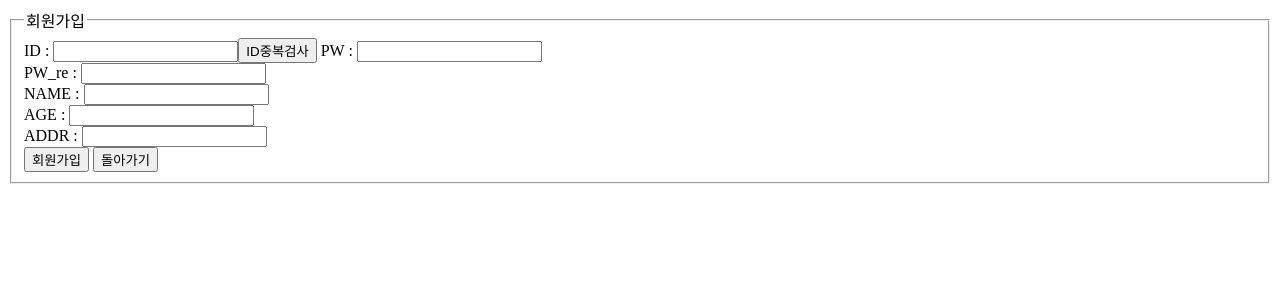
Repository: minimelody/servlet
Page: webworkspace2/web1/WebContent/views/member/joinus.html
These files come from the project's save history. The page is drawn as it stood at one moment and after the next save; the edit follows.
The browser window is 1280 px wide. The pictures show the whole page.

Above is the page before, as saved 2018-05-23 02:19:10.

After the next save:
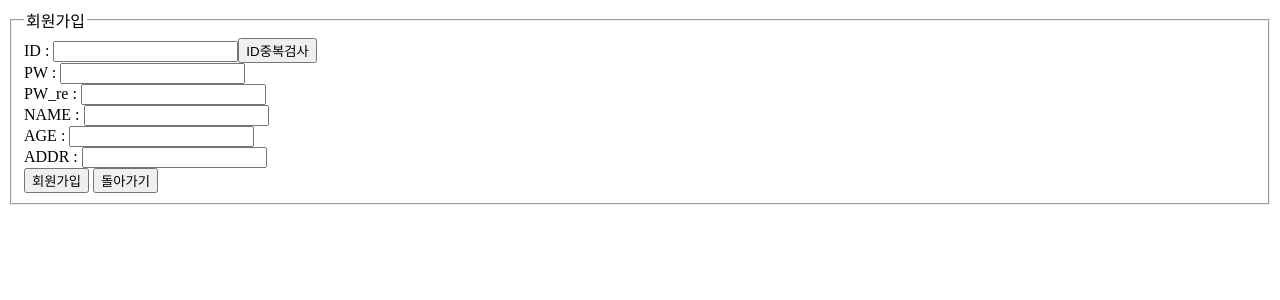
Saved 20 s later.
--- a/webworkspace2/web1/WebContent/views/member/joinus.html
+++ b/webworkspace2/web1/WebContent/views/member/joinus.html
@@ -16,7 +16,7 @@
 <fieldset>
 	<legend>회원가입</legend>
 	<form action="joinus.jsp" method="post">
-		ID : <input type="text" name="userId" id="userId"><button type="button" onclick="check();">ID중복검사</button>
+		ID : <input type="text" name="userId" id="userId"><button type="button" onclick="check();">ID중복검사</button><br>
 		PW : <input type="password" name="userPwd"><br>
 		PW_re : <input type="password" name="userPwd_re"><br>
 		NAME : <input type="text" name="userName"><br>
